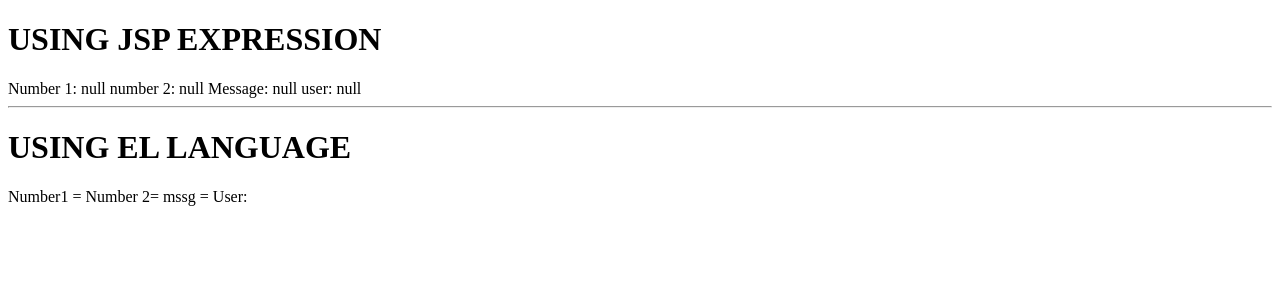
Repository: yash112021/Cdac_lab_Work
Page: http://localhost/JSPProject2/showdata.jsp
The author's editor kept a copy of each file at every save. The page is drawn from the files as they stood at one save, then again after the next save.
The browser window is 1280 px wide. The pictures show the whole page.
The page is served by Tomcat 9.

Above is the page before, as saved 2025-11-28 20:07:35.

### 250845920104_Advance_java/Day8_28_11_25/Day7_28_11_25/JSPProject2/src/main/webapp/showdata.jsp
<%@ page language="java" contentType="text/html; charset=ISO-8859-1"
    pageEncoding="ISO-8859-1"%>
<!DOCTYPE html>
<html>
<head>
<meta charset="ISO-8859-1">
<title>Insert title here</title>
</head>
<body>
<h1>USING JSP EXPRESSION</h1>
Number 1: <%=request.getParameter("n1") %>
number 2: <%=request.getParameter("n2") %>
Message: <%=request.getParameter("msg1") %>
user: <%=session.getAttribute("usr") %>


<hr>

<h1>USING EL LANGUAGE</h1>
Number1 = ${param.n1 }
Number 2= ${param.n2 }
mssg = ${param.msg}
User: ${param.usr }
</body>
</html>

After the next save:
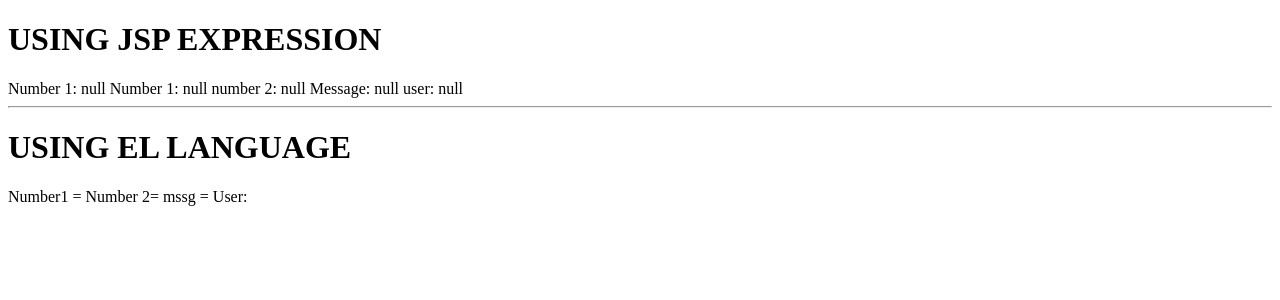
Saved 36 s later.
--- a/250845920104_Advance_java/Day8_28_11_25/Day7_28_11_25/JSPProject2/src/main/webapp/showdata.jsp
+++ b/250845920104_Advance_java/Day8_28_11_25/Day7_28_11_25/JSPProject2/src/main/webapp/showdata.jsp
@@ -8,6 +8,7 @@
 </head>
 <body>
 <h1>USING JSP EXPRESSION</h1>
+Number 1: <%=session.getAttribute("num1") %>
 Number 1: <%=request.getParameter("n1") %>
 number 2: <%=request.getParameter("n2") %>
 Message: <%=request.getParameter("msg1") %>
